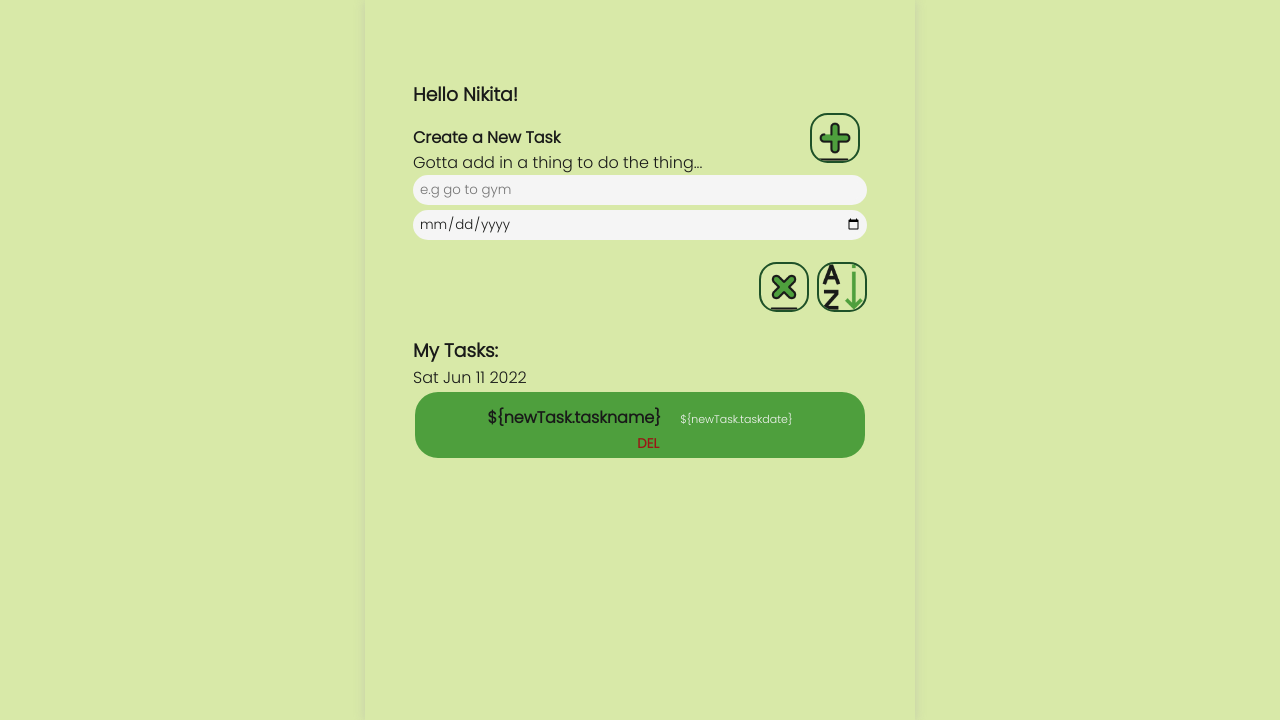
Repository: acidpixie/todo-app-version3
Page: index.html
The author's editor kept a copy of each file at every save. The page is drawn from the files as they stood at one save, then again after the next save.
The browser window is 1280 px wide. The pictures show the whole page.

Above is the page before, as saved 2022-06-11 22:45:31.

After the next save:
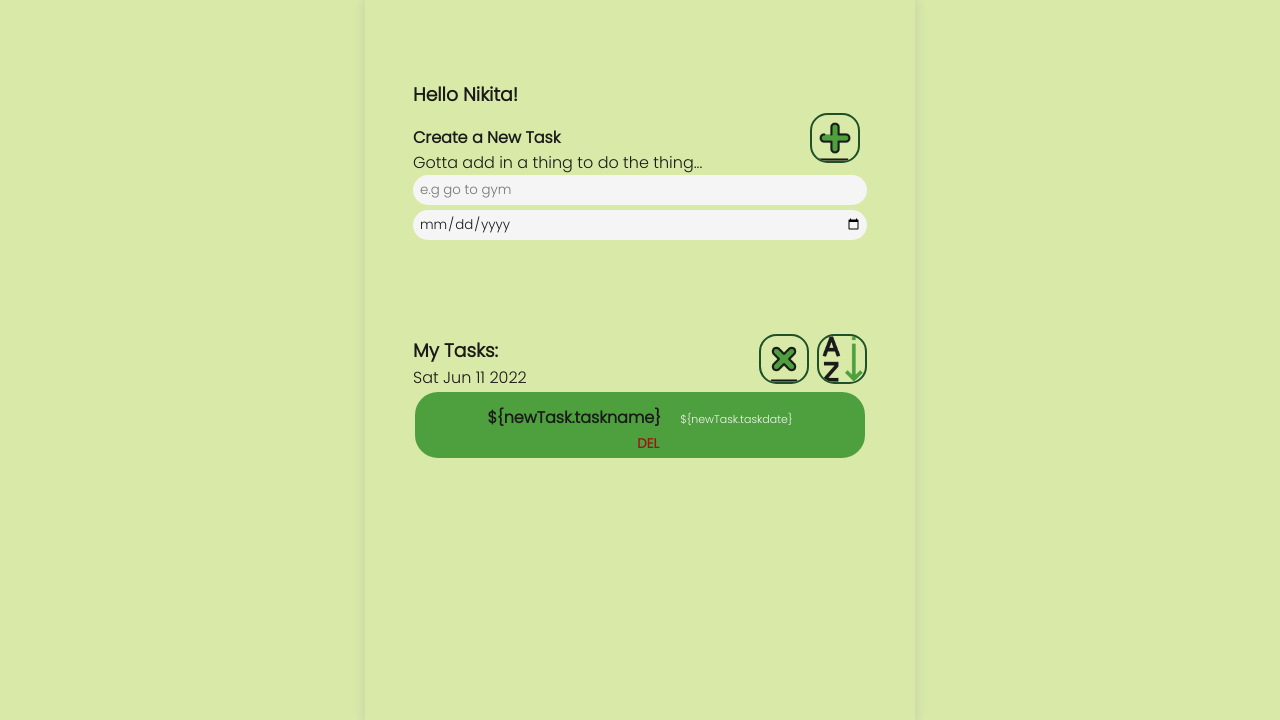
Saved 4 s later.
--- a/css/stylesheet.css
+++ b/css/stylesheet.css
@@ -98,7 +98,7 @@ li {
     flex-direction: row;
     gap: 8px;
     position: absolute;
-    bottom: 50%;
+    bottom: 40%;
     right: 0%;
 }
 
